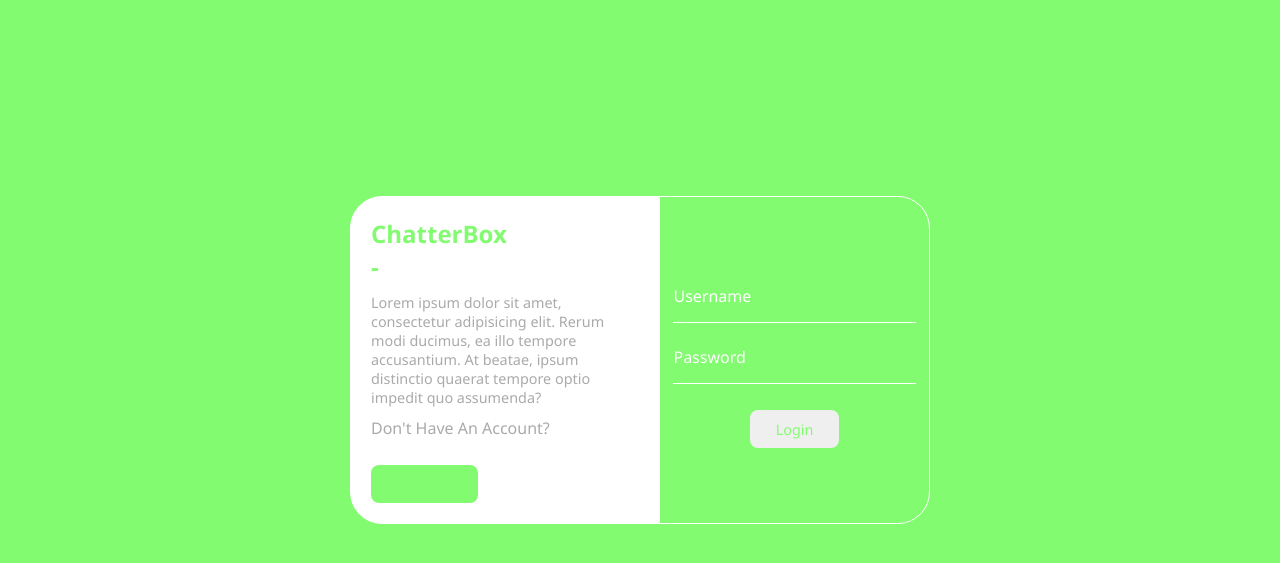
Repository: Habeebur1493/social-media-app
Page: /login
The author's editor kept a copy of each file at every save. The page is drawn from the files as they stood at one save, then again after the next save.
The browser window is 1280 px wide. The pictures show the whole page.
The project was rebuilt for these pictures with package versions that can differ from the ones it lists, and the page was loaded fresh each time. Also part of the build but not shown: vite.config.js, src/pages/signup/signup.css, src/pages/signup/Signup.jsx.

Above is the page before, as saved 2025-01-28 02:04:39.

### src/App.jsx
import './App.css'
import Layout from './Layout/layout'

function App() {

  return (
    <>
      <Layout />

    </>
  )
}

export default App

### src/App.css
*{
  margin: 0;
  padding: 0;
  box-sizing: border-box;
  text-align: none;
  list-style: none;
  font-family: 'Segoe UI', Tahoma, Geneva, Verdana, sans-serif;
}

:root{
  --color-primary:#83fb71;
  --text-color: black;
  --color-bg:rgb(236, 236, 236);
  --color-card: white;
  --color-soft:#aaaaaa;
  --color-border:lightgray;
  --color-red:red;
}

.container{
  max-width: 991px;
  width: 100%;
  margin: 0 auto;
}
h1,h2,h3,h4,h5{
  font-weight: 600;
  color: var(--text-color);
}
img{
  width: 100%;
  display: block;
  object-fit: cover;
}
.user{
  display: flex;
  align-items: center;
  gap: 10px;
}
.user img{
  width: 33px;
  aspect-ratio: 1/1;
  border-radius: 50%;
}
.user h4{
  color: var(--color-primary)
}
body{
  background: var(--color-bg);
  color: var(--color-soft);
}
small,p{
  color: var(--color-soft);
}
.btn{
  padding: .6rem 1.6rem;
  display: inline-block;
  width: fit-content;
  cursor: pointer;
  border-radius: .5rem;
  font-size: .9rem;
  font-weight: 500;
  border: none;
  transition: .3s ease;

}
.btn:hover{
  opacity: .7;
}
.btn-primary{
  background: var(--color-primary);
  color: white;
}

.btn-red{
  background: var(--color-red);
  color: white;
}

### src/Layout/layout.jsx
import React from 'react'

import { createBrowserRouter, RouterProvider } from 'react-router-dom'

//Pages.....
import Login from '../pages/login/Login'
import Signup from '../pages/signup/Signup'

export default function layout() {
    const router = createBrowserRouter([
        {
            path : '/login',
            element : <Login/>
        },
        {
            path : '/signup',
            element : <Signup/>
        },
    ])


    return (
        <>
            <RouterProvider router={router} />
        </>
    )
}

### src/pages/login/Login.jsx
import React from 'react'

import './login.css'
import { Link } from 'react-router-dom'

export default function Login() {
  return (
    <div className="login">
        <div className='card'>
        <div className="left">
            <h2>ChatterBox <br /> -</h2>
            <p>Lorem ipsum dolor sit amet, consectetur adipisicing elit. Rerum modi ducimus, ea illo tempore accusantium. At beatae, ipsum distinctio quaerat tempore optio impedit quo assumenda?</p>
            <span>Don't Have An Account?</span>
            <Link to='/signup'>
                <button className='btn btn-primary'>Register</button>
            </Link>

        </div>
        <form className="right">
            <input type="text" required placeholder='username'/>
            <input type="password" required placeholder='password'/>
            <button type='submit' className='btn'>Login</button>
        </form>
    </div>
    </div>


  )
}

### src/pages/login/login.css
.login{
    background: var(--color-primary);
    height: 100vh;
    width: 100%;
    display: flex;
    align-items: center;
    justify-content: center;
}

.login .card{
    display: flex;
    width: 580px;
    background: white;
    border: 1px solid white;
    border-radius: 2rem;
    overflow: hidden;
}

.login .card .left{
    flex: 1;
    display: flex;
    flex-direction: column;
    gap: 10px;
    padding: 20px;
}

.login h2{
    color: var(--color-primary);
}

.login .card .left p{
    font-size: .9rem;
}

.login .card span{
    color: var (--color-primary);
}

.login .card .right{
    flex: 1;
    background: var(--color-primary);
    display: flex;
    align-items: center;
    justify-content: center;
    flex-direction: column;
    gap: 10px;
}

.login form input{
    padding: 1rem 0;
    width: 90%;
    background: transparent;
    border: transparent;
    outline: none;
    border-bottom: 1px solid white ;
    margin: 0 auto;
    color: white;
}

.login form input::placeholder{
    color: white;
    font-size: 1rem;
    text-transform: capitalize;
}
.login .btn{
 color: var(--color-primary);
 margin-top: 1rem;

}

Loaded but not shown: index.html (common file); src/main.jsx (common file)

After the next save:
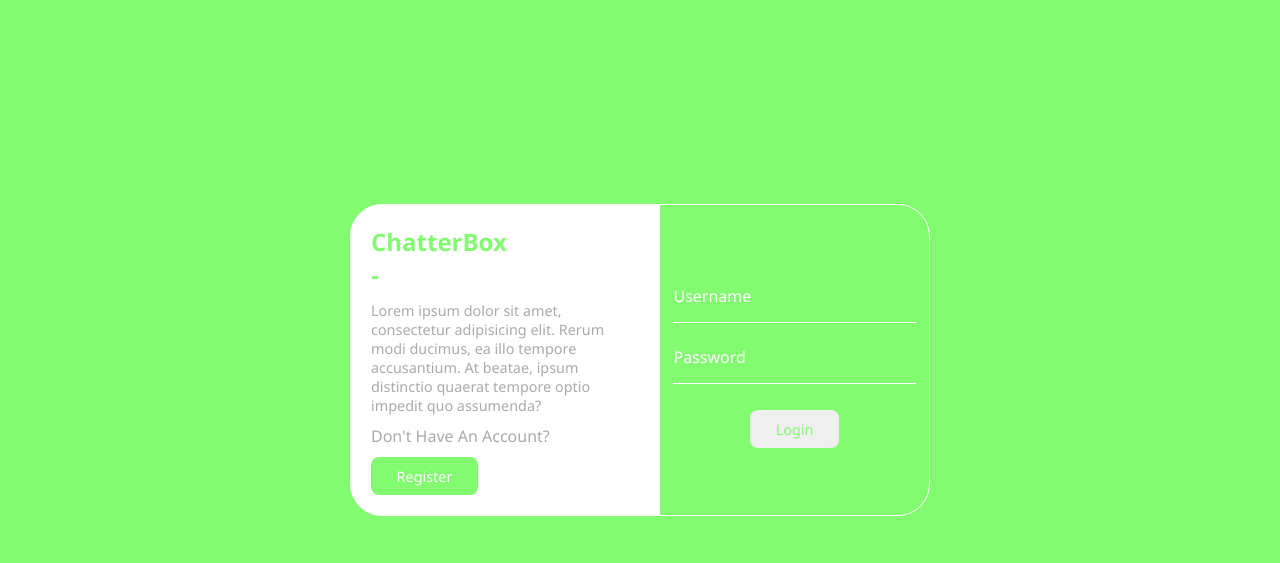
Saved 2 min 51 s later.
--- a/src/pages/login/login.css
+++ b/src/pages/login/login.css
@@ -62,8 +62,7 @@
     font-size: 1rem;
     text-transform: capitalize;
 }
-.login .btn{
+.login form .btn{
  color: var(--color-primary);
  margin-top: 1rem;
-
 }
